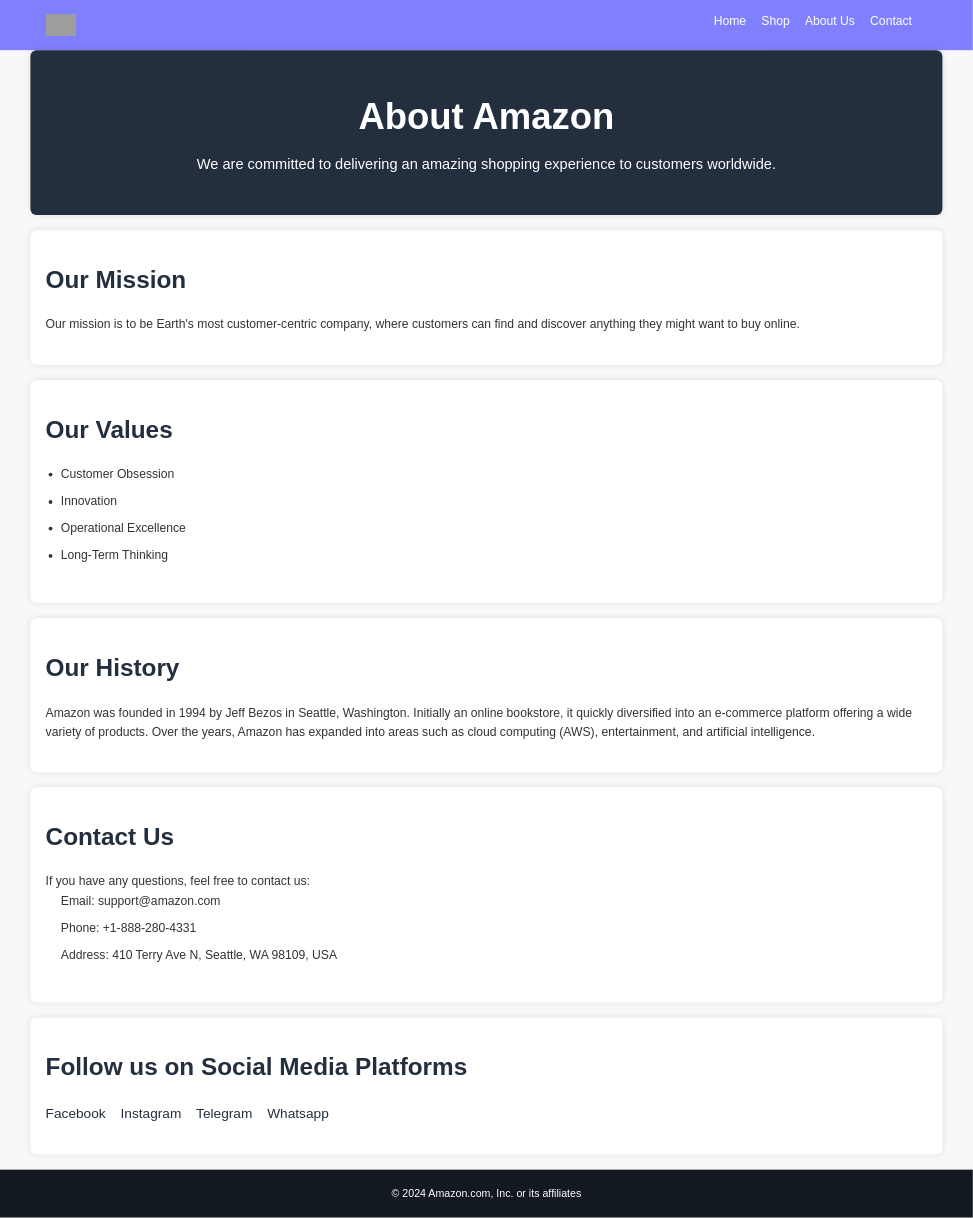
Repository: Lathadasari3010/SoftwareExamples
Page: SpringBoot/src/main/resources/static/About-us.html
These files come from the project's save history. The page is drawn as it stood at one moment and after the next save; the edit follows.
The browser window is 1280 px wide. The pictures show the whole page, at 76% of full size.
Pictures or frames that could not be fetched are drawn as grey boxes.

Above is the page before, as saved 2024-12-19 10:50:46.

### SpringBoot/src/main/resources/static/About-us.html
<html>
	<head>
		<style>
			/* Resetting some basic styles */
			* {
			    margin: 0;
			    padding: 0;
			    box-sizing: border-box;
			}

			/* Body Styles */
			body {
			    font-family: Arial, sans-serif;
			    line-height: 1.6;
			    background-color: #f8f8f8;
			    color: #333;
			}

			/* Header Styles */
			header {
			    background-color: rgb(128, 128, 255);
			    padding: 15px 0;
			}

			.navbar {
			    display: flex;
			    justify-content: space-between;
			    align-items: center;
			    max-width: 1200px;
			    margin: 0 auto;
			    padding: 0 20px;
			}

			.navbar .logo img {
			    height: 30px;
			}

			.navbar nav ul {
			    display: flex;
			    list-style: none;
			}

			.navbar nav ul li {
			    margin-right: 20px;
			}

			.navbar nav ul li a {
			    color: #fff;
			    text-decoration: none;
			    font-size: 16px;
			}

			.navbar nav ul li a:hover {
			    text-decoration: underline;
			}

			/* Hero Section Styles */
			.hero {
			    text-align: center;
			    background-color: #232f3e;
			    color: #fff;
			    padding: 50px 20px;
			}

			.hero h1 {
			    font-size: 3em;
			    margin-bottom: 10px;
			}

			.hero p {
			    font-size: 1.2em;
			    margin-top: 10px;
			}

			/* Content Sections Styles */
			section {
			    padding: 40px 20px;
			    max-width: 1200px;
			    margin: 0 auto;
			    background-color: #fff;
			    margin-bottom: 20px;
			    border-radius: 8px;
			    box-shadow: 0 0 10px rgba(0, 0, 0, 0.1);
			}

			h2 {
			    font-size: 2em;
			    margin-bottom: 20px;
			    color: #232f3e;
			}

			ul {
			    list-style-type: disc;
			    margin-left: 20px;
			}

			ul li {
			    margin-bottom: 10px;
			}

			.contact ul {
			    list-style-type: none;
			}

			.contact ul li {
			    margin-bottom: 10px;
			}

			/* Social Media Section Styles */
			.social-media {
			    padding: 40px 20px;
			    max-width: 1200px;
			    margin: 0 auto;
			    background-color: #fff;
			    margin-bottom: 20px;
			    border-radius: 8px;
			    box-shadow: 0 0 10px rgba(0, 0, 0, 0.1);
			}

			.social-media h2 {
			    font-size: 2em;
			    margin-bottom: 20px;
			}

			.social-media a {
			    display: inline-block;
			    margin-right: 15px;
			    font-size: 18px;
			    color: #232f3e;
			    text-decoration: none;
			}

			.social-media a:hover {
			    text-decoration: underline;
			}

			/* Footer Styles */
			footer {
			    background-color: #131921;
			    color: #fff;
			    text-align: center;
			    padding: 20px;
			    font-size: 14px;
			}

		</style>

	</head>
	<body>

		<header>
		       <div class="navbar">
		           <div class="logo">
		               <img src="https://upload.wikimedia.org/wikipedia/commons/a/a9/Amazon_logo.svg" alt="Amazon Logo">
		           </div>
		           <nav>
		               <ul>
		                   <li><a href="#">Home</a></li>
		                   <li><a href="#">Shop</a></li>
		                   <li><a href="#">About Us</a></li>
		                   <li><a href="#">Contact</a></li>
		               </ul>
		           </nav>
		       </div>
		   </header>

		   <section class="hero">
		       <h1>About Amazon</h1>
		       <p>We are committed to delivering an amazing shopping experience to customers worldwide.</p>
		   </section>

		   <section class="company-mission">
		       <h2>Our Mission</h2>
		       <p>Our mission is to be Earth's most customer-centric company, where customers can find and discover anything they might want to buy online.</p>
		   </section>

		   <section class="company-values">
		       <h2>Our Values</h2>
		       <ul>
		           <li>Customer Obsession</li>
		           <li>Innovation</li>
		           <li>Operational Excellence</li>
		           <li>Long-Term Thinking</li>
		       </ul>
		   </section>

		   <section class="company-history">
		       <h2>Our History</h2>
		       <p>Amazon was founded in 1994 by Jeff Bezos in Seattle, Washington. Initially an online bookstore, it quickly diversified into an e-commerce platform offering a wide variety of products. Over the years, Amazon has expanded into areas such as cloud computing (AWS), entertainment, and artificial intelligence.</p>
		   </section>

		   <section class="contact">
		       <h2>Contact Us</h2>
		       <p>If you have any questions, feel free to contact us:</p>
		       <ul>
		           <li>Email: support@amazon.com</li>
		           <li>Phone: +1-888-280-4331</li>
		           <li>Address: 410 Terry Ave N, Seattle, WA 98109, USA</li>
		       </ul>
		   </section>

		   <section class="social-media">
		       <h2>Follow us on Social Media Platforms</h2>
		       <a href="https://www.facebook.com/" target="_blank">Facebook</a>
		       <a href="https://www.instagram.com/" target="_blank">Instagram</a>
		       <a href="https://web.telegram.org/k/" target="_blank">Telegram</a>
		       <a href="https://web.whatsapp.com/" target="_blank">Whatsapp</a>
		   </section>

		   <footer>
		       <p>&copy; 2024 Amazon.com, Inc. or its affiliates</p>
		   </footer>

	</body>
</html>

After the next save:
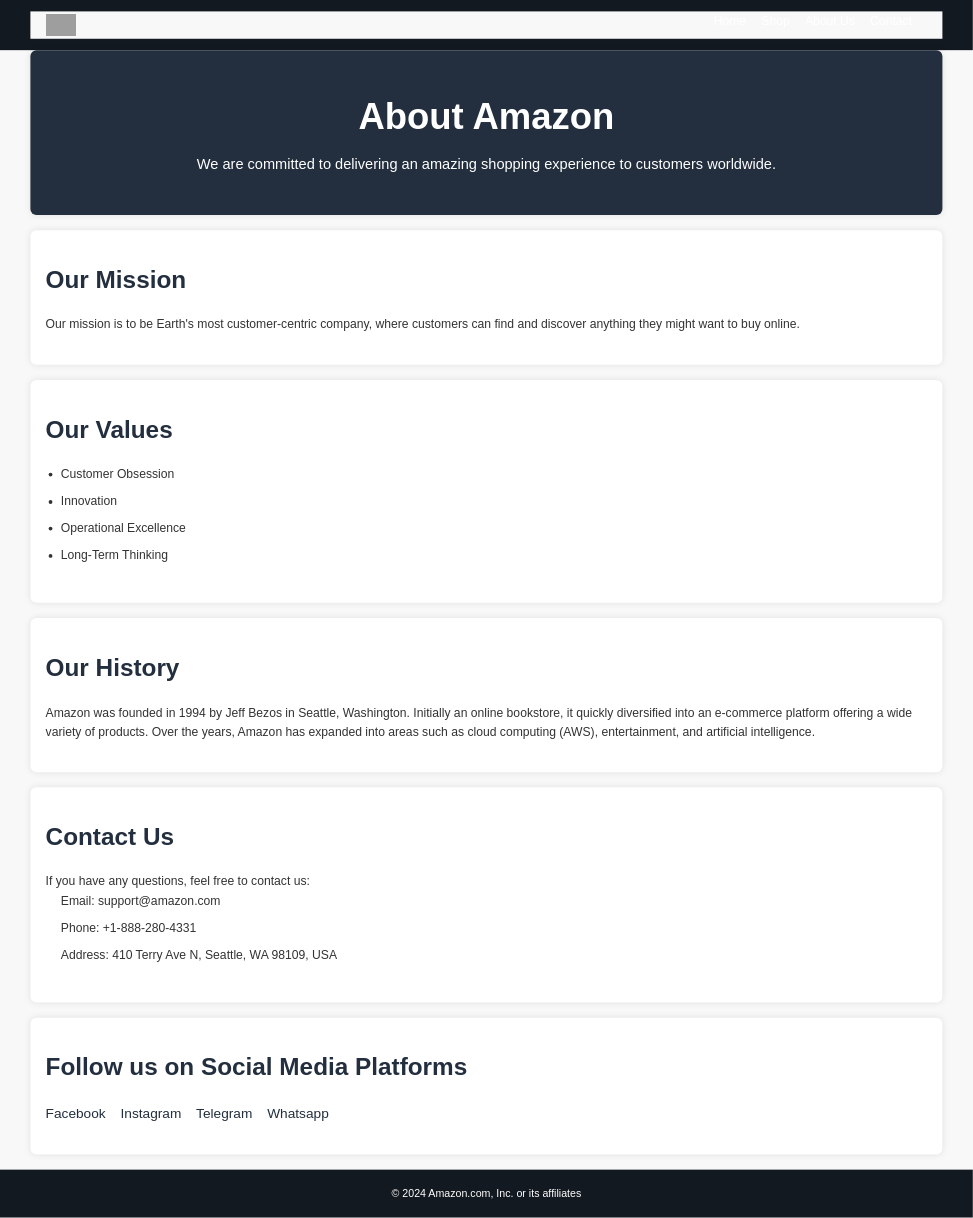
Saved 2 min 16 s later.
--- a/SpringBoot/src/main/resources/static/About-us.html
+++ b/SpringBoot/src/main/resources/static/About-us.html
@@ -18,7 +18,7 @@
 
 			/* Header Styles */
 			header {
-			    background-color: rgb(128, 128, 255);
+			    background-color: #131921;
 			    padding: 15px 0;
 			}
 
@@ -29,6 +29,7 @@
 			    max-width: 1200px;
 			    margin: 0 auto;
 			    padding: 0 20px;
+				background-color: #f8f8f8;
 			}
 
 			.navbar .logo img {
@@ -147,7 +148,6 @@
 
 	</head>
 	<body>
-
 		<header>
 		       <div class="navbar">
 		           <div class="logo">
@@ -210,6 +210,5 @@
 		   <footer>
 		       <p>&copy; 2024 Amazon.com, Inc. or its affiliates</p>
 		   </footer>
-
 	</body>
 </html>
